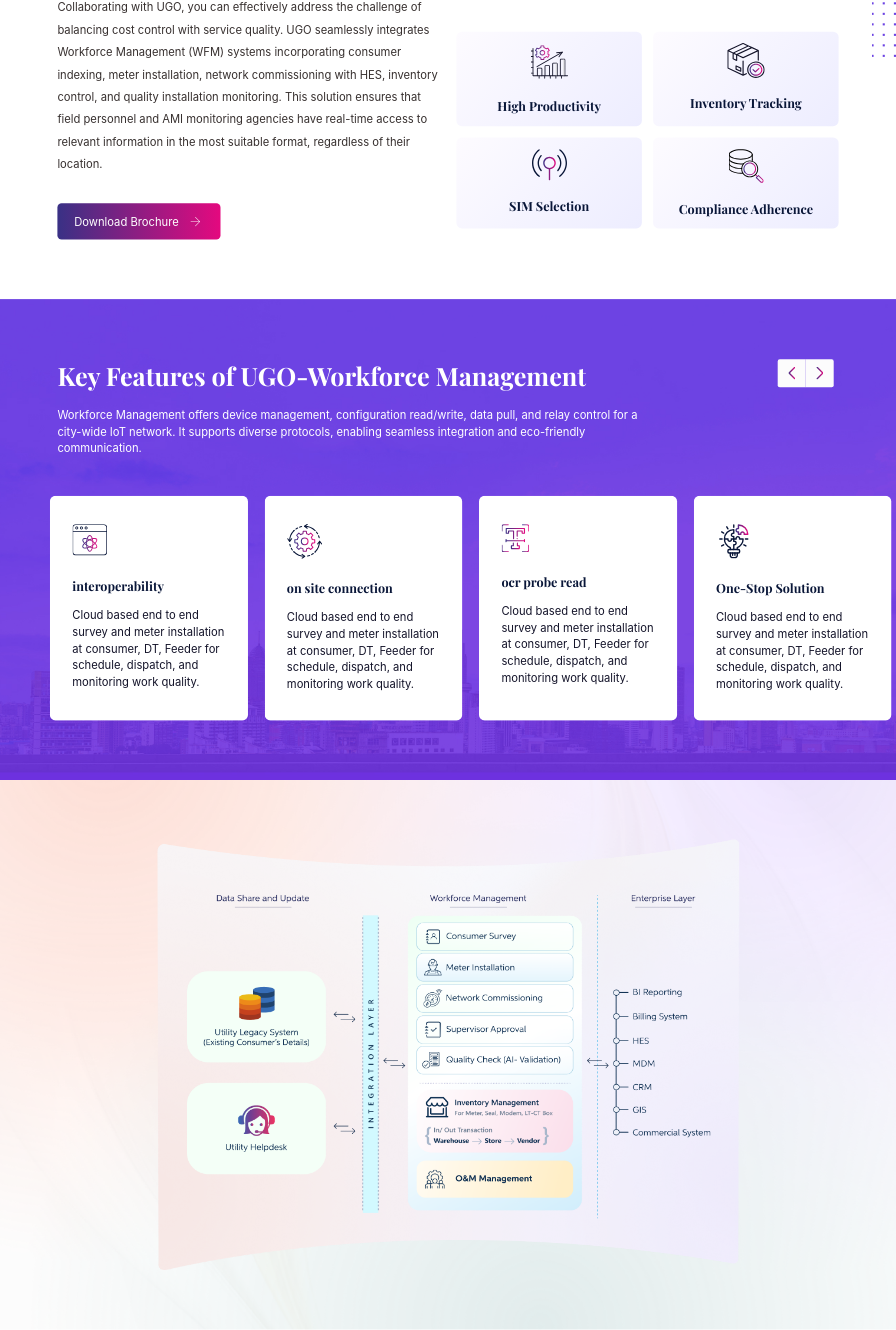
Repository: mangalravi/inventive
Page: WFM-Detail-Page.html
An editor plug-in stored every save of this project. The page is shown before and after a run of saves, followed by the edit.
The browser window is 1280 px wide. The pictures show the part of the page from y = 765 to 2685 px (the page is 2665 px tall before and 2685 px after), at 70% of full size.
Some web fonts or font styles are not loaded; a fallback is used. The style sheet was rebuilt from its Sass, Less or Tailwind sources for each picture, by a compiler version that may differ from the author's.

Above is the page before, as saved 2024-07-11 10:38:26.

### WFM-Detail-Page.html
<!DOCTYPE html>
<html lang="en">
  <head>
    <meta charset="UTF-8" />
    <meta name="viewport" content="width=device-width, initial-scale=1.0" />
    <title>Inventive</title>
    <link rel="icon" type="image/x-icon" href="content/images/favicon.png" />
    <link rel="stylesheet" href="content/lib/swiper/css/swiper.css" />
    <link href="content/css/font-family.css" />
    <link rel="stylesheet" href="content/css/Icon.css" />
    <link rel="stylesheet" as="style" href="content/css/custom.css" />
    <link href="content/css/custom-grid.css" />
  </head>
  <body>
    <header>
      <nav class="navbar">
        <div class="container">
          <div class="menu-extras lazyloaded">
            <div class="menu-item">
              <a class="navbar-toggle">
                <div class="lines">
                  <span></span>
                  <span></span>
                  <span></span>
                </div>
              </a>
            </div>
          </div>

          <div class="row align-items-center">
            <div class="col-2">
              <a href="#">
                <img
                  width="120"
                  height="36"
                  alt="inventive_logo"
                  src="content/images/inventive_logo-1.svg"
                />
              </a>
              <button class="navbar-toggler" type="button">
                <span class="navbar-toggler-icon"></span>
              </button>
            </div>
            <div class="col-8">
              <div class="collapse navbar-collapse">
                <ul class="navbar-nav">
                  <li class="parent-menu position-relative">
                    <a href="#">Industry</a>
                    <span class="menu-arrow"></span>
                    <ul class="submenu">
                      <li>
                        <a href="#" class="sub-menu-item">About Us</a>
                      </li>
                      <li>
                        <a href="#" target="_blank" class="sub-menu-item"
                          >Company Profile</a
                        >
                      </li>
                      <li>
                        <a href="#" target="_blank" class="sub-menu-item"
                          >Virtual Introduction</a
                        >
                      </li>
                      <li>
                        <a href="#" class="sub-menu-item">Office Locations</a>
                      </li>
                      <li><a href="#" class="sub-menu-item">Our Team</a></li>
                      <li>
                        <a href="#" class="sub-menu-item">Our Clients</a>
                      </li>
                      <li>
                        <a href="#" class="sub-menu-item">Certificates</a>
                      </li>
                      <li>
                        <a href="#" class="sub-menu-item">Events News</a>
                      </li>
                      <li><a href="#" class="sub-menu-item">Gallery</a></li>
                    </ul>
                  </li>
                  <li class="nav-item">
                    <a href="#" class="nav-link">Service</a>
                  </li>
                  <li class="parent-menu position-relative">
                    <a href="#">Product</a><span class="menu-arrow"></span>
                    <div class="prodlist submenu">
                      <div class="tabs">
                        <ul class="tab-links">
                          <li class="tab-link" data-tab="tab1">
                            <a href="#">Smart Metering Solutions(SMS)</a>
                          </li>
                          <li class="tab-link" data-tab="tab2">
                            <a href="#">Unified Billing System</a>
                          </li>
                          <li class="tab-link" data-tab="tab3">
                            <a href="#">Enterprise Resource Planning</a>
                          </li>
                        </ul>
                        <div class="tab-content">
                          <div id="tab1" class="tab">
                            <ul class="mgmenu mb-4 ms-5">
                              <li>
                                <a href="/head-end-system"
                                  >Head End System
                                  <i class="bi bi-arrow-right"></i
                                ></a>
                              </li>
                              <li>
                                <a href="/meter-data-management"
                                  >Meter Data Management
                                  <i class="bi bi-arrow-right"></i
                                ></a>
                              </li>
                              <li>
                                <a href="/consumer-survey-meter-installation"
                                  >Consumer Survey &amp; Meter Installation
                                  <i class="bi bi-arrow-right"></i
                                ></a>
                              </li>
                              <li>
                                <a href="/smart-prepaid-system"
                                  >Smart Prepaid System
                                  <i class="bi bi-arrow-right"></i
                                ></a>
                              </li>
                              <li>
                                <a href="/energy-audit"
                                  >Energy Audit <i class="bi bi-arrow-right"></i
                                ></a>
                              </li>
                            </ul>
                          </div>
                          <div id="tab2" class="tab">
                            <ul class="mgmenu mb-4 ms-5">
                              <li>
                                <a href="/metering-billing-and-collection"
                                  >Metering, Billing &amp; Collection
                                  <i class="bi bi-arrow-right"></i
                                ></a>
                              </li>
                              <li>
                                <a href="/crm-for-utilities"
                                  >CRM <i class="bi bi-arrow-right"></i
                                ></a>
                              </li>
                              <li>
                                <a href="/workforce-management"
                                  >Workforce Management
                                  <i class="bi bi-arrow-right"></i
                                ></a>
                              </li>
                              <li>
                                <a href="/spot-billing-app"
                                  >Spot Billing App
                                  <i class="bi bi-arrow-right"></i
                                ></a>
                              </li>
                              <li>
                                <a href="/consumer-app-and-portal"
                                  >Consumer App and Portal
                                  <i class="bi bi-arrow-right"></i
                                ></a>
                              </li>
                              <li>
                                <a href="/energy-analytics"
                                  >Energy Analytics
                                  <i class="bi bi-arrow-right"></i
                                ></a>
                              </li>
                              <li>
                                <a href="/network-indexing-management"
                                  >Network Indexing Management
                                  <i class="bi bi-arrow-right"></i
                                ></a>
                              </li>
                              <li>
                                <a href="/ocr-based-billing"
                                  >OCR Based Billing
                                  <i class="bi bi-arrow-right"></i
                                ></a>
                              </li>
                            </ul>
                          </div>
                          <div id="tab3" class="tab">
                            <ul class="mgmenu mb-4 ms-5">
                              <li>
                                <a href="/erp-procurement-module"
                                  >Procurement <i class="bi bi-arrow-right"></i
                                ></a>
                              </li>
                              <li>
                                <a href="/finance-and-accounting"
                                  >Finance &amp; Accounting
                                  <i class="bi bi-arrow-right"></i
                                ></a>
                              </li>
                              <li>
                                <a href="/human-resource-management-system"
                                  >HRMS <i class="bi bi-arrow-right"></i
                                ></a>
                              </li>
                              <li>
                                <a href="/erp-sales-module"
                                  >Sales <i class="bi bi-arrow-right"></i
                                ></a>
                              </li>
                              <li>
                                <a href="/erp-supply-chain-management"
                                  >Supply Chain Management
                                  <i class="bi bi-arrow-right"></i
                                ></a>
                              </li>
                              <li>
                                <a href="/customer-relationship-management"
                                  >CRM <i class="bi bi-arrow-right"></i
                                ></a>
                              </li>
                              <li>
                                <a href="/inventory-management-system"
                                  >Inventory Management
                                  <i class="bi bi-arrow-right"></i
                                ></a>
                              </li>
                              <li>
                                <a href="/warehouse-management-system"
                                  >Warehouse Management
                                  <i class="bi bi-arrow-right"></i
                                ></a>
                              </li>
                            </ul>
                          </div>
                        </div>
                      </div>
                    </div>
                  </li>
                  <li class="parent-menu position-relative">
                    <a href="#">Insights</a><span class="menu-arrow"></span>
                    <ul class="submenu">
                      <li><a href="#" class="sub-menu-item">Blogs</a></li>
                      <li>
                        <a href="#" class="sub-menu-item">Contact Us</a>
                      </li>
                    </ul>
                  </li>
                  <li class="nav-item">
                    <a href="#" class="nav-link">Career</a>
                  </li>
                </ul>
              </div>
            </div>
            <div class="col-2">
              <a href="#" class="btn-outline-main">
                <span>Employee Login</span>
              </a>
            </div>
          </div>
        </div>
      </nav>
    </header>

    <section class="top-banner">
      <div class="container">
        <div class="row">
          <div class="col-md-6">
            <div class="tpcntnt">
              <p>Workforce Management</p>
              <h4>A Driving Change Meter by Meter for Better Tomorrow</h4>
              <a href="#" class="btn btn-primary"
                >Request a Demo
                <span class="material-symbols-outlined">
                  arrow_forward
                </span></a
              >
            </div>
          </div>
        </div>
      </div>
    </section>

    <section class="intro pt-0">
      <div class="container">
        <div class="row align-items-end">
          <div class="col-md-6 d-flex">
            <div class="lft">
              <h4>Index – Commission - Monitor</h4>
              <p>
                Collaborating with UGO, you can effectively address the
                challenge of balancing cost control with service quality. UGO
                seamlessly integrates Workforce Management (WFM) systems
                incorporating consumer indexing, meter installation, network
                commissioning with HES, inventory control, and quality
                installation monitoring. This solution ensures that field
                personnel and AMI monitoring agencies have real-time access to
                relevant information in the most suitable format, regardless of
                their location.
              </p>
              <a href="#" class="btn btn-main">
                Download Brochure
                <span class="material-symbols-outlined">
                  arrow_forward
                </span></a
              >
            </div>
          </div>
          <div class="col-md-6 d-flex">
            <div class="mainrgt">
              <div class="row gx-3">
                <div class="col-sm-6 d-flex">
                  <div class="rgt">
                    <img
                      src="content/images/High-Productivity.svg"
                      alt="High"
                    />
                    <h4>High Productivity</h4>
                  </div>
                </div>
                <div class="col-sm-6 d-flex">
                  <div class="rgt">
                    <img
                      src="content/images/Inventory-Tracking.svg"
                      alt="Inventory"
                    />
                    <h4>Inventory Tracking</h4>
                  </div>
                </div>
                <div class="col-sm-6 d-flex">
                  <div class="rgt">
                    <img src="content/images/SIM-Selection.svg" alt="SIM" />
                    <h4>SIM Selection</h4>
                  </div>
                </div>
                <div class="col-sm-6 d-flex">
                  <div class="rgt">
                    <img
                      src="content/images/compliance-adherence.svg"
                      alt="compliance"
                    />
                    <h4>Compliance Adherence</h4>
                  </div>
                </div>
              </div>
            </div>
          </div>
        </div>
      </div>
    </section>
    <section class="key-feature position-relative">
      <div class="swiper">
        <div class="container">
          <div class="row">
            <div class="col-11 col-sm-10 col-md-8">
              <div class="tpcntnt">
                <h4>Key Features of UGO-Workforce Management</h4>
                <p>
                  Workforce Management offers device management, configuration
                  read/write, data pull, and relay control for a city-wide IoT
                  network. It supports diverse protocols, enabling seamless
                  integration and eco-friendly communication.
                </p>
              </div>
            </div>
          </div>
        </div>

        <div class="swiper-wrapper">
          <!-- Slides -->
          <div class="swiper-slide">
            <div class="slidecntnt">
              <img
                src="content/images/Key-features/one-stop-solution.svg"
                alt="solution"
              />
              <h5>One-Stop Solution</h5>
              <p>
                Cloud based end to end survey and meter installation at
                consumer, DT, Feeder for schedule, dispatch, and monitoring work
                quality.
              </p>
            </div>
          </div>
          <div class="swiper-slide">
            <div class="slidecntnt">
              <img
                src="content/images/Key-features/project-onitoring.svg"
                alt="project"
              />
              <h5>Project Monitoring</h5>
              <p>
                Rich UI/UX based dynamic dashboards and reports to track project
                status and quality of eld work at site.
              </p>
            </div>
          </div>
          <div class="swiper-slide">
            <div class="slidecntnt">
              <img
                src="content/images/Key-features/signal-strength.svg"
                alt="signal"
              />
              <h5>Signal Strength</h5>
              <p>
                Capture SIM connectivity status for proper planning of
                deployment of GPRS/RF mechanism at site.
              </p>
            </div>
          </div>
          <div class="swiper-slide">
            <div class="slidecntnt">
              <img
                src="content/images/Key-features/location-tracking.svg"
                alt="location"
              />
              <h5>Location Tracking</h5>
              <p>
                Support accurate GPS co-ordinates capturing from mobile device
                for efficient route planning and time saving.
              </p>
            </div>
          </div>
          <div class="swiper-slide">
            <div class="slidecntnt">
              <img
                src="content/images/Key-features/on-site-connection.svg"
                alt="connection"
              />
              <h5>on site connection</h5>
              <p>
                Cloud based end to end survey and meter installation at
                consumer, DT, Feeder for schedule, dispatch, and monitoring work
                quality.
              </p>
            </div>
          </div>
          <div class="swiper-slide">
            <div class="slidecntnt">
              <img
                src="content/images/Key-features/interoperability.svg"
                alt="interoperability"
              />
              <h5>interoperability</h5>
              <p>
                Cloud based end to end survey and meter installation at
                consumer, DT, Feeder for schedule, dispatch, and monitoring work
                quality.
              </p>
            </div>
          </div>
          <div class="swiper-slide">
            <div class="slidecntnt">
              <img
                src="content/images/Key-features/on-site-connection.svg"
                alt="connection"
              />
              <h5>on site connection</h5>
              <p>
                Cloud based end to end survey and meter installation at
                consumer, DT, Feeder for schedule, dispatch, and monitoring work
                quality.
              </p>
            </div>
          </div>
          <div class="swiper-slide">
            <div class="slidecntnt">
              <img
                src="content/images/Key-features/ocr-probe-read.svg"
                alt="ocr"
              />
              <h5>ocr probe read</h5>
              <p>
                Cloud based end to end survey and meter installation at
                consumer, DT, Feeder for schedule, dispatch, and monitoring work
                quality.
              </p>
            </div>
          </div>
        </div>

        <div class="swiper-btn">
          <div class="swiper-button-prev"></div>
          <div class="swiper-button-next"></div>
        </div>
      </div>
    </section>

    <section class="work-flow">
      <div class="container">
        <div class="row justify-content-center">
          <div class="col-9">
            <div class="workflowimg">
              <img src="content/images/diagram.png" alt="diagram" />
            </div>
          </div>
        </div>
      </div>
    </section>

    <script src="content/js/jquery.min.js"></script>
    <script src="content/lib/swiper/js/swiper.js"></script>
    <script src="content/js/custom.js"></script>
  </body>
</html>

### content/css/font-family.css
/* Inter font family */
@font-face {
  font-family: "Inter";
  font-style: normal;
  font-weight: 400;
  src: url("../fonts/Inter/Inter-Regular.ttf") format("truetype");
  font-display: swap;
}
@font-face {
  font-family: "Inter";
  font-style: normal;
  font-weight: 500;
  src: url("../fonts/Inter/Inter-Medium.ttf") format("truetype");
  font-display: swap;
}

@font-face {
  font-family: "Inter";
  font-style: normal;
  font-weight: 600;
  src: url("../fonts/Inter/Inter-SemiBold.ttf") format("truetype");
  font-display: swap;
}



/* Playfair Display font family */
@font-face {
  font-family: "Playfair Display";
  font-style: normal;
  font-weight: 600;
  src: url("../fonts/Playfair_Display/PlayfairDisplay-SemiBold.ttf") format("truetype");
  font-display: swap;
}

@font-face {
  font-family: "Playfair Display";
  font-style: normal;
  font-weight: 700;
  src: url("../fonts/Playfair_Display/PlayfairDisplay-Bold.ttf") format("truetype");
  font-display: swap;
}

Loaded but not shown: content/lib/swiper/css/swiper.css (library); content/js/jquery.min.js (library); content/lib/swiper/js/swiper.js (library); content/images/High-Productivity.svg (25 lines, source omitted); content/images/SIM-Selection.svg (16 lines, source omitted); content/js/custom.js (63 lines, source omitted); content/css/custom.scss (790 lines, source omitted); content/css/Icon.css (90 lines, source omitted)

After the next 2 saves:
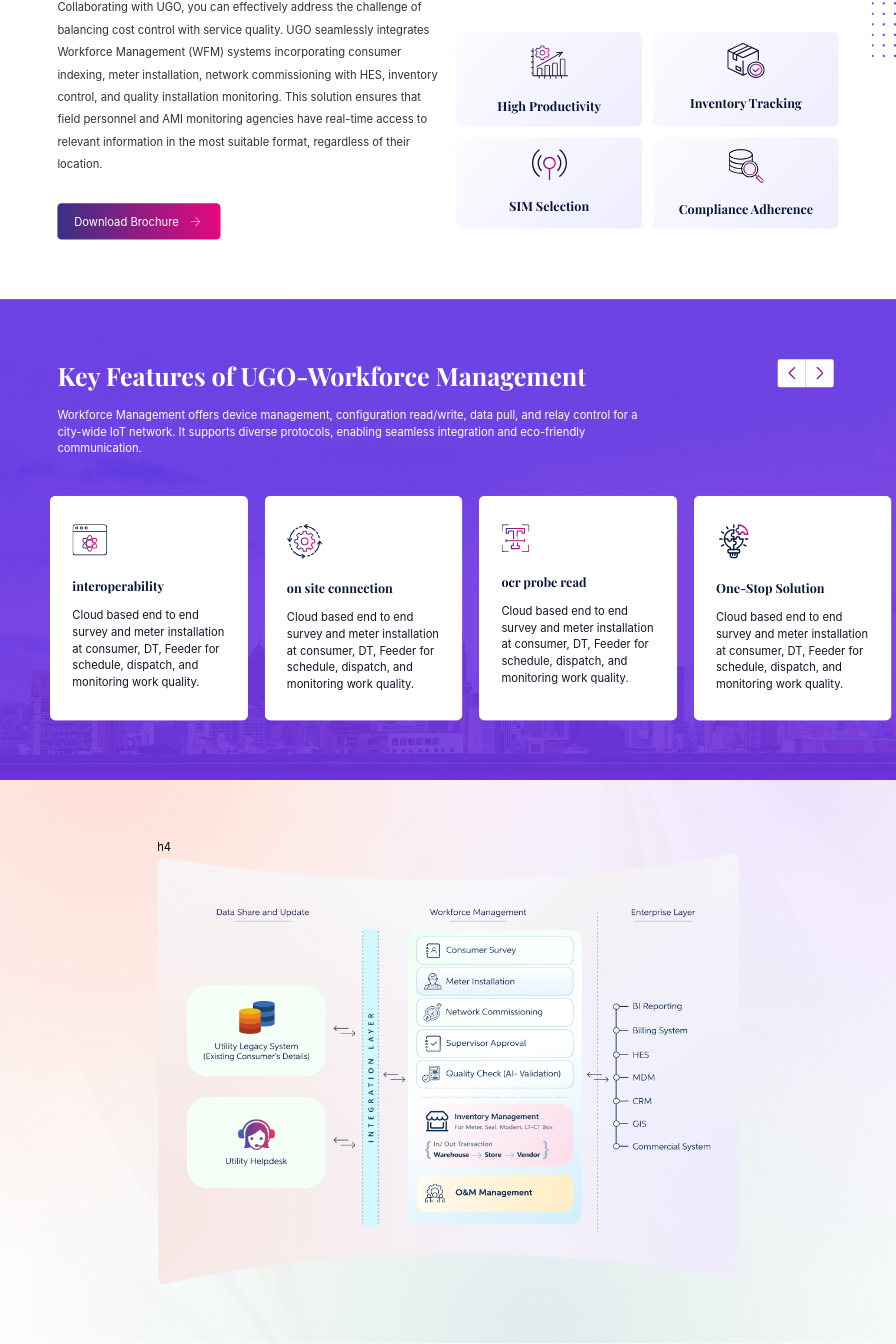
The 2 saves are shown as one change because they came seconds apart.
The last was saved 96 s later.
--- a/WFM-Detail-Page.html
+++ b/WFM-Detail-Page.html
@@ -486,6 +486,7 @@
         <div class="row justify-content-center">
           <div class="col-9">
             <div class="workflowimg">
+              h4
               <img src="content/images/diagram.png" alt="diagram" />
             </div>
           </div>
